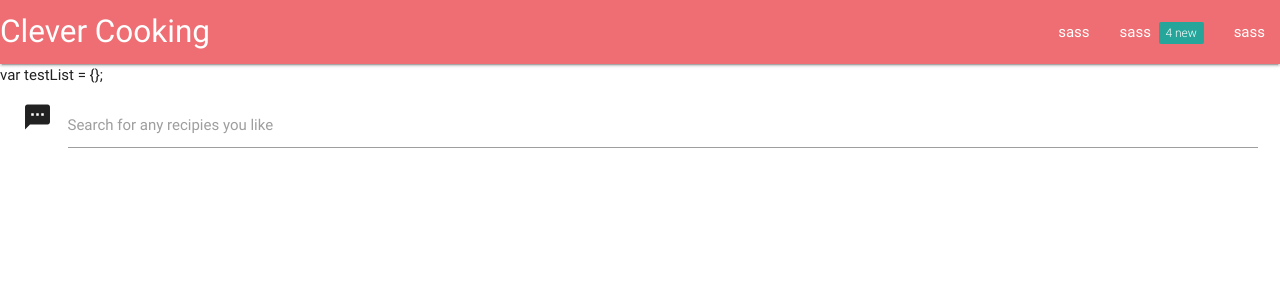
Repository: Code-Institute-Submissions/online-recipe-cookbook
Page: http://localhost/
The author's editor kept a record of every edit. The page is drawn from the files as they stood at one moment, then again after the next edit.
The browser window is 1280 px wide. The pictures show the whole page.
Some web libraries are served in a nearby version. The page is served by the project's application, run on Flask 3 (app.py). Queries for data that is not in the repository find no rows.

Above is the page before.
Console error: ReferenceError: testList is not defined

After the next edit:
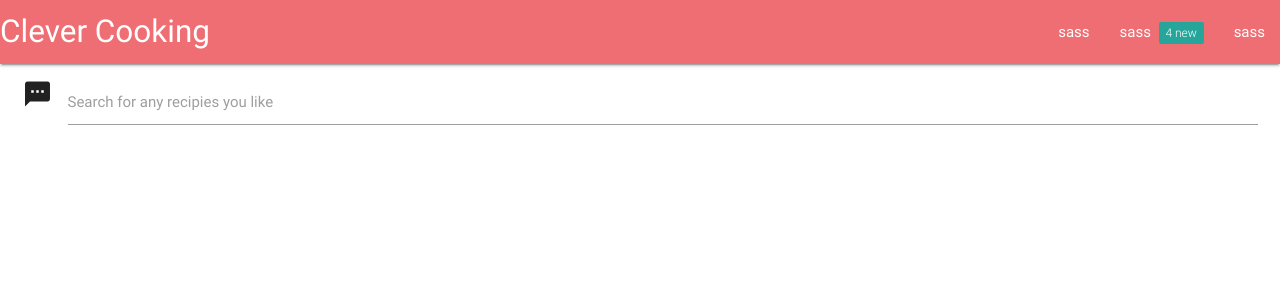
The edit:
--- a/templates/base.html
+++ b/templates/base.html
@@ -18,9 +18,7 @@
     </ul>
   </div>
 </nav></header>
-    var testList = {};
     {% block content %}
-
 
     {% endblock %}
 
